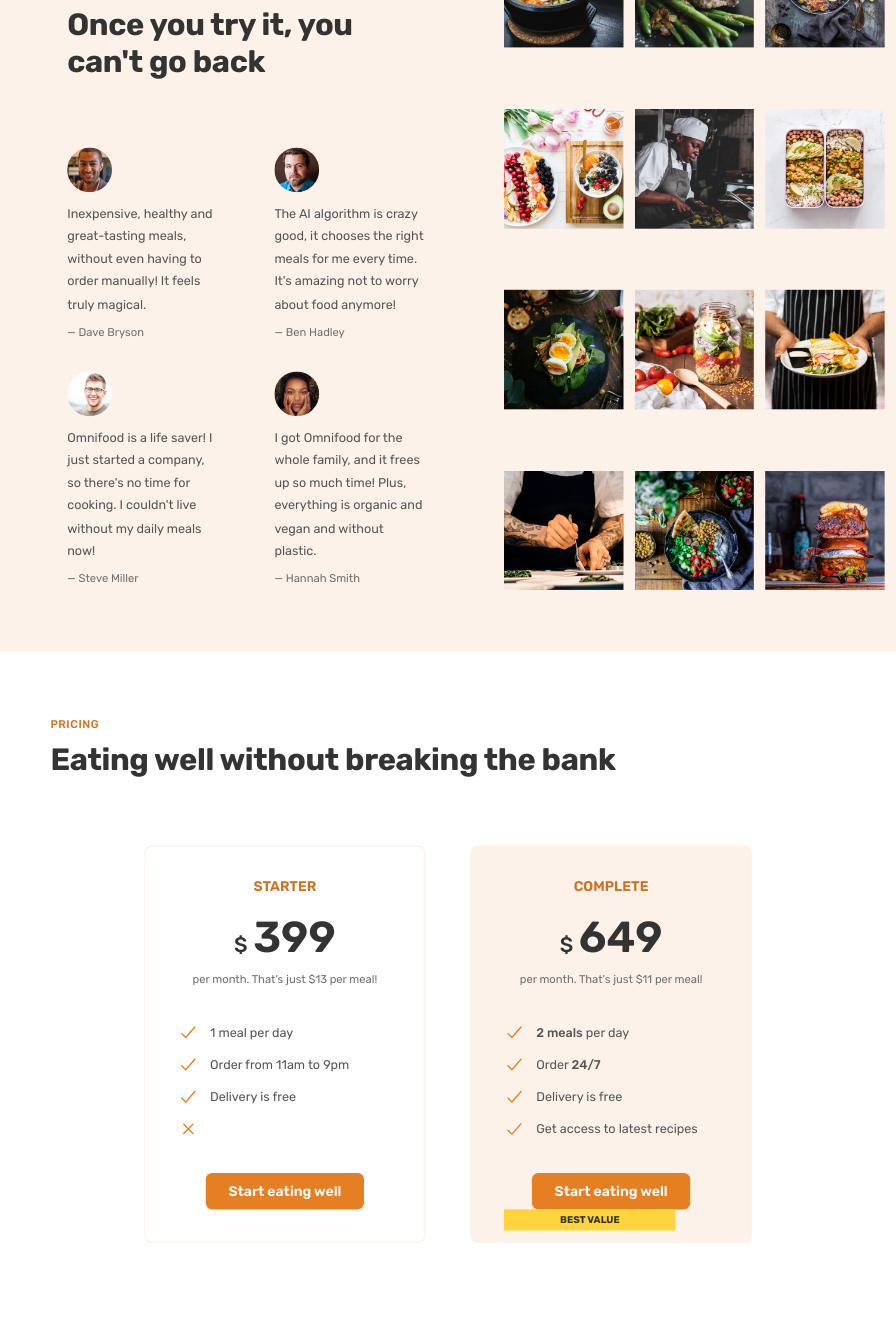
Repository: nghiakma/HTML-CSS-Fundamental
Page: Ominifood/index.html
These files come from the project's save history. The page is drawn as it stood at one moment and after the next save; the edit follows.
The browser window is 1280 px wide. The pictures show the part of the page from y = 3714 to 5634 px (the page is 5634 px tall), at 70% of full size.
Some web libraries are served in a nearby version.

Above is the page before, as saved 2023-08-29 07:05:31.

After the next save:
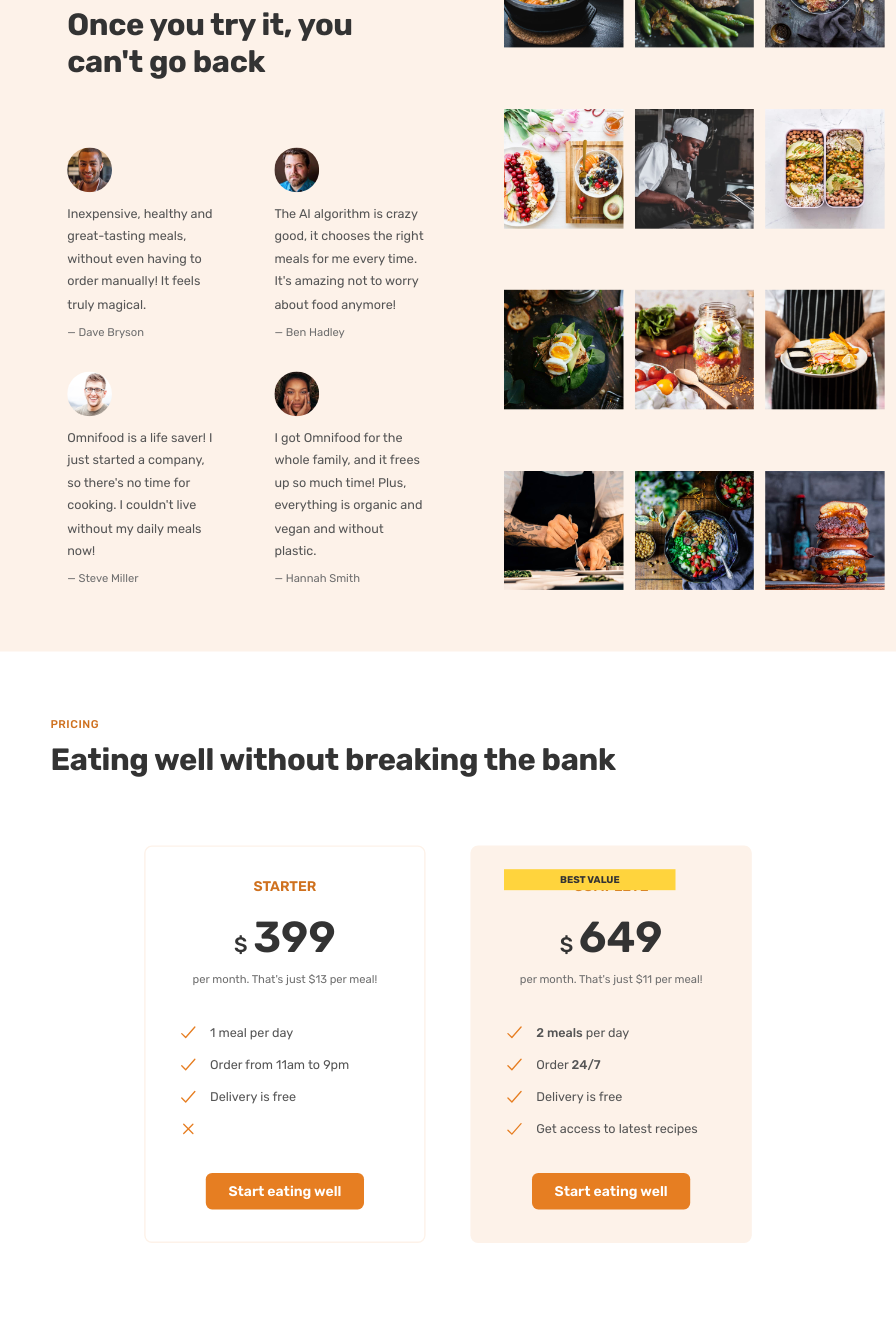
Saved 26 s later.
--- a/Ominifood/style.css
+++ b/Ominifood/style.css
@@ -559,6 +559,7 @@ strong {
 .princing-plan--complete::after {
   content: "Best value";
   position: absolute;
+  top: 6%;
   text-transform: uppercase;
   font-size: 1.4rem;
   font-weight: 700;
